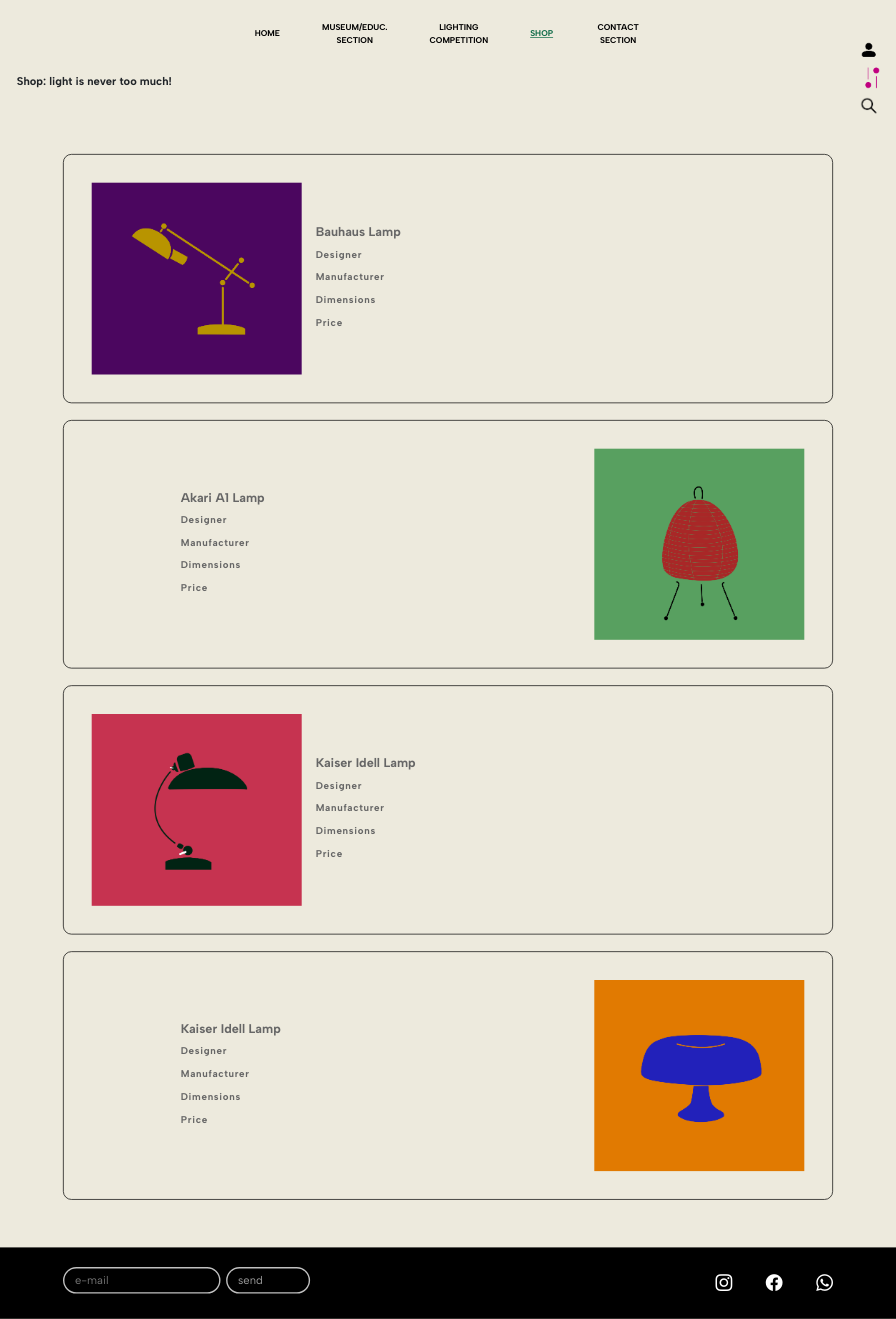
Repository: veronicamdiaz/Landing-Page-Practices
Page: shop-section.html
An editor plug-in stored every save of this project. The page is shown before and after the next save, followed by the edit.
The browser window is 1280 px wide. The pictures show the part of the page from y = 0 to 1920 px (the page is 1884 px tall before and 2643 px after), at 70% of full size.

Above is the page before, as saved 2025-05-08 17:24:52.
Console error: TypeError: Cannot read properties of null (reading 'addEventListener')

### shop-section.html
<!DOCTYPE html>
<html lang="pt-BR">
<head>
    <meta charset="UTF-8">
    <meta http-equiv="X-UA-Compatible" content="IE=edge">
    <meta name="viewport" content="width=device-width, initial-scale=1.0">
    <title>Shop</title>
    <link rel="stylesheet" href="https://cdn.jsdelivr.net/npm/bootstrap@5.3.3/dist/css/bootstrap.min.css">
    <link rel="preconnect" href="https://fonts.googleapis.com">
    <link rel="preconnect" href="https://fonts.gstatic.com" crossorigin>
    <link href="https://fonts.googleapis.com/css2?family=Pacifico&family=Roboto:wght@400;700&display=swap" rel="stylesheet">
    <link rel="stylesheet" href="https://cdn.jsdelivr.net/npm/bootstrap-icons@1.11.3/font/bootstrap-icons.min.css">
    <link href="https://fonts.googleapis.com/css2?family=Albert+Sans:ital,wght@0,100..900;1,100..900&family=Pacifico&family=Roboto+Slab:wght@100..900&family=Roboto:ital,wght@0,100;0,300;0,400;0,500;0,700;0,900;1,100;1,300;1,400;1,500;1,700;1,900&display=swap" rel="stylesheet">
    <link rel="stylesheet" href="main.css">
    <link rel="stylesheet" href="styles.css">
    <script type="module" src="script.js"></script>
    <script type="module" src="script2.js"></script>
</head>

<body>
<header id="home-page">
    <div class="menu" data-bs-target="#cabecalho" data-bs-smooth-scroll="true">
        <nav id="cabecalho" class="mb-2 d-flex px-4">
        <a href="index.html" class="nav-link" data-bs-toggle="tab" data-bs-target="#home-page">HOME</a>
        <a href="museum-educational-section.html" class="nav-link" data-bs-toggle="tab" data-bs-target="#museum-educational-section">MUSEUM/EDUC. SECTION</a>
        <a href="competition-section.html" class="nav-link" data-bs-toggle="tab" data-bs-target="#competition-section">LIGHTING COMPETITION</a>
        <a href="shop-section.html" class="nav-link-active" data-bs-toggle="tab" data-bs-target="#shop-section">SHOP</a>
        <a href="contact-section.html" class="nav-link" data-bs-toggle="tab" data-bs-target="#contact-section">CONTACT SECTION</a>
        </nav>
    </div>
</header>

<section id="shop-section" class="mt-4 mb-5">
    <div class="d-flex justify-content-between align-items-center mb-6 mt-2 p-4">
        <h2 class="section-title md-0">Shop: light is never too much!</h2>
        <div class="icon-container d-flex flex-column align-items-end">
            <img src="images/profile_icon.png" alt="Profile Icon" class="icon" id="profileIcon" />
            <img src="images/filter_icon.png" alt="Filter Icon" class="icon" />
            <img src="images/search_icon.png" alt="Search Icon" class="icon" />
        </div>
    </div>

    <!-- Popup Modal -->
    <div id="popupModal" class="modal">
        <div class="modal-items">
            <span class="close-button" id="closeButton">&times;</span>
            <h2>Hey, nice to see you here!</h2>
            <p>First, fill your email to create an account.</p>
            <input type="email" placeholder="e-mail" class="input-email" />
            <p>If you already have one, please, login!</p>
            <input type="email" placeholder="e-mail" class="input-email" />
            <input type="password" placeholder="password" class="input-password" />
        </div>
    </div>

    <div class="container">
        <div class="d-flex flex-column gap-4">
            <!-- Card 1 -->
            <div class="card custom-card left">
                <img src="/images/lights drawings-03.jpg" alt="bauhaus-lamp">
                <div class="card-content">
                    <h3>Bauhaus Lamp</h3>
                    <p class="card-label">Designer</p>
                    <p class="card-label">Manufacturer</p>

                    <p class="card-label">Dimensions</p>
                    <p class="card-label">Price</p>
                </div>
            </div>

            <!-- Card 2 -->
            <div class="card custom-card right">
                <img src="/images/lights drawings-02.jpg" alt="akari-lamp">
                <div class="card-content">
                    <h3>Akari A1 Lamp</h3>
                    <p class="card-label">Designer</p>
                    <p class="card-label">Manufacturer</p>

                    <p class="card-label">Dimensions</p>
                    <p class="card-label">Price</p>
                </div>
            </div>
            <!-- Card 3 -->
            <div class="card custom-card left">
                <img src="/images/lights drawings-04.jpg" alt="kaiser-idell-lamp">
                <div class="card-content">
                    <h3>Kaiser Idell Lamp</h3>
                    <p class="card-label">Designer</p>
                    <p class="card-label">Manufacturer</p>

                    <p class="card-label">Dimensions</p>
                    <p class="card-label">Price</p>
                </div>
            </div>

            <!-- Card 4 -->
            <div class="card custom-card right">
                <img src="/images/lights drawings2-03.jpg" alt="nesso-artemide-lamp">
                <div class="card-content">
                    <h3>Kaiser Idell Lamp</h3>
                    <p class="card-label">Designer</p>
                    <p class="card-label">Manufacturer</p>

                    <p class="card-label">Dimensions</p>
                    <p class="card-label">Price</p>
                </div>
            </div>
        </div>
    </div>
</section>

<footer class="bg-black py-2">
    <div class="container d-flex justify-content-between align-items-center flex-column flex-md-row">
        <div class="d-flex gap-2 align-items-center mb-2">
            <input type="email" class="btn btn-secondary" placeholder="e-mail" required
                style="border: 2px solid rgb(192, 192, 192); border-radius: 20px; background-color: black; padding: 5px 15px; min-width: 120px; text-align: left; color: rgb(155, 155, 155);">
            <button type="submit" class="btn btn-secondary"
                style="border: 2px solid rgb(192, 192, 192); border-radius: 20px; background-color: black; padding: 5px 15px; min-width: 120px; text-align: left; color: rgb(155, 155, 155);">
                send
            </button>
        </div>
        <div class="d-flex gap-5 align-items-center">
            <a href="https://www.instagram.com" target="_blank" class="text-white">
                <i class="bi bi-instagram" style="font-size: 1.5rem;"></i>
            </a>
            <a href="https://www.facebook.com" target="_blank" class="text-white">
                <i class="bi bi-facebook" style="font-size: 1.5rem;"></i>
            </a>
            <a href="https://wa.me/" target="_blank" class="text-white">
                <i class="bi bi-whatsapp" style="font-size: 1.5rem;"></i>
            </a>
        </div>
    </div>
</footer>

<script>
    document.addEventListener("DOMContentLoaded", function () {
        const navLinks = document.querySelectorAll(".nav-link");

        // Marca o link Shop como ativo
        navLinks.forEach(link => {
            if (link.getAttribute('href') === "#shop-section") {
                link.classList.add("nav-link-active");
            }
        });
    });
</script>
</body>
</html>

### main.css
html, body {
    height: 100%;
    margin: 0;
    display: flex;
    flex-direction: column;
}

body {
    background-color: #EDEADD;
    font-family: sans-serif;
    flex: 1;
}

main {
    flex: 1; /* ocupa todo o espaço entre o header e o footer */
    display: flex;
    flex-direction: column;
}

h2 {
    font-size: 14px;
}

header {
    height: auto !important;
}

.container {
    padding: 20px;
}

/* #webgl-container {
    display: flex;
    justify-content: center;
    align-items: center;
    width: 100%;
    height: 100%;
    overflow: hidden;
    background-color: #f5f5f5;
} */

#home-page {
    width: 100%;
    justify-content: center;
    align-items: center;
    overflow: hidden; /* Evita rolagem extra */
}

.home-image {
    width: 100%;
    height: 100%;
    object-fit: cover; /* Mantém a proporção da imagem e cobre todo o espaço */
    content:(url(images/fundosite.png));
}


/* .square {
    width: 200px;
    height: 200px;
    background-color: rgb(255, 255, 255);
    position: relative;
} */

.square::before,
.square::after {
    content: "";
    position: absolute;
    width: 100%;
    height: 1px;
}

/* .square::before {
    top: 50%;
    transform: translateY(-50%);
    transform-origin: left;
    transform: rotate(45deg);
}

.square::after {
    left: 50%;
    transform: translateX(-50%);
    transform-origin: top;
    transform: rotate(-45deg);
}
*/
nav {
    font-family: 'Albert Sans';
    font-weight: bold;
    left: 50%;
    top: 10px; /* Mantém um pequeno espaçamento do topo */
    transform: translateX(-50%);
    gap: 20px;
    display: inline-block;
    font-size: 12px;
    align-items: center;
    justify-content: center;
    z-index: 10;
    padding: 10px 20px;
    height: auto;
}


nav a {
    text-decoration: none;
    font-weight: bold;
    background-color: none;
    height: auto !important;
}

.nav-link {
    color: black; /* Cor padrão */
    transition: color 0.3s ease;
}

.nav-link-active {
    color: #0b6945 !important; /* Cor do botão ativo */
    font-weight: bold;
    text-decoration: underline;
}


#cabecalho {
    position: fixed;
    text-align: center; /* Centraliza os links */
    height: auto;
    display: flex;
    gap: 20px;
}

#cabecalho a {
    display: inline-block;
    padding: 10px 20px; /* Para não ficarem colados */
    height: auto;
}

.card {
    display: flex;
    align-items: center;
    padding: 40px;
    width: 100%;
    height: 100%;
    max-width: 1200px;
    margin: 0 auto;
    border-radius: 12px;
    border: 1px solid black;
}

.row {
    flex-wrap: wrap; /* Para quebrar corretamente em telas pequenas */
    justify-content: space-between; /* Garante espaçamento uniforme */
}

.card img {
    background-color: none;
    width: 100%;
    height: 100%;
    object-fit: cover;
}

.card h3 {
    font-size: 14px;
    font-family: 'Albert Sans';
    color: #666;
    font-weight: bold;
}
.card p {
    margin-top: 10px;
    font-size: 12px;
    color: #666;
    font-family: 'Albert Sans';
}

.card.reverse {
    flex-direction: column-reverse;
}

.section-title {
    font-family: 'Albert Sans';
    font-weight: bold;
    font-size: 1em;
}

#nova-secao {
    font-family: 'Albert Sans';
}

.text-white {
    font-family: 'Albert Sans';
    font-size: .3em;
    font-weight: bold;
    color: white;
}


.btn-seemore {
    text-transform: uppercase;
    text-decoration: underline;
    background: none;
    border: none;
    color: white;
    font-size: 1rem;
    cursor: pointer;
}

.card-label {
    font-family: 'Albert Sans', sans-serif;
    font-size: 0.9rem;
    color: #999;
    letter-spacing: 1px;
    margin-bottom: 2px; /* Diminuir aqui! */
}


.custom-card img {
    width: 40%;
    max-width: 300px;
    object-fit: cover;
}

.custom-card .card-content {
    width: 60%;
    padding: 20px;
}

.custom-card h3 {
    font-weight: bold;
    margin-bottom: 8px;
    font-size: 18px;
}

.custom-card.left {
    flex-direction: row;
    border: 1px solid black;
    background-color: transparent;
}

.custom-card.right {
    flex-direction: row-reverse;
    border: 1px solid black;
    background-color: transparent;
}

.custom-card p {
    font-size: 14px;
    line-height: 1.6;
}

.card-label {
    font-size: 14px;
    line-height: 1.6;
    font-family: 'Albert Sans';
}


footer {
    padding: 2px 0; /* Reduzindo a altura do footer */
    font-size: 0.8rem; /* Diminuindo tamanho do texto */
    font-family: 'Albert Sans', sans-serif;
}

.icon {
    max-width: 30px; /* Ajuste o tamanho máximo conforme necessário */
    max-height: 30px; /* Ajuste o tamanho máximo conforme necessário */
    width: auto; /* Mantém a proporção */
    height: auto; /* Mantém a proporção */
    object-fit: contain; /* Garante que a imagem se ajuste ao espaço sem distorção */
    margin-bottom: 10px;
}


#competition-section .container {
    width: 100vw;
    overflow: hidden;
}

#img-interativa {
    width: 100%;
    object-fit: cover;
    display: block;
    margin-bottom: 90px;
}



@media (max-width: 768px) {
    nav {
        position: fixed;
        font-family: 'Albert Sans';
        font-weight: bold;
        gap: 20px;
        font-size: 10px;
        justify-content: center;
        text-align: right;
        display: flex;
        z-index: 1;
        padding: 4px 12px;
    }

    .home-image {
        width: 100%;
        height: auto;
        content: (url(images/fundositemenor_prancheta.png));
        }

    #home-page {
        justify-content: center;
        align-items: center;
        overflow: hidden; /* Evita rolagem extra */
    }

    .img-responsiva {
        height: auto;
    }

    .nav-links {
        flex-direction: column;
        gap: 15px;
        text-align: center;
    }

    .navbar-toggler {
        display: block; /* Mostra o botão hambúrguer */
        background: none;
        border: none;
        cursor: pointer;
    }

    .navbar-toggler i {
        color: black;
    }


    .card {
        text-align: center;
        flex-direction: column;
    }

    .card img {
        width: 70%;
    }

    .card .card-content {
        width: 70%;
    }

    .custom-card {
        flex-direction: column !important;
        text-align: center;
    }

    .custom-card img {
        width: 70%;
    }

    .custom-card .card-content {
        width: 70%;
    }


    footer .container {
        flex-direction: column;
        text-align: center;
    }

    footer form {
        flex-direction: column;
        width: 70%;
        align-items: center;
    }

    footer form input,
    footer form button {
        width: 90%; /* Mantém a aparência proporcional */
    }

    footer .d-flex.gap-5 {
        gap: 20px; /* Ajusta o espaçamento dos ícones */
        justify-content: center;
        margin-top: 10px;
    }
}

### styles.css
.modal {
    margin: auto;
    position: fixed;
    width: 500px;
    height: 400px;
    padding: 20px;
    display: none;
    text-align: center;
    flex-direction: column;
    border: 1px solid #000;
    background: #DAB400;
    z-index: 1000;
    top: 50%; /* Alinha o modal ao centro verticalmente */
    left: 50%; /* Alinha o modal ao centro horizontalmente */
    transform: translate(-50%, -50%); /* Ajusta a posição para realmente centralizar */

}

.modal-items {
        padding: 10px;
        position: relative;
        flex-direction: column;
        width: 100%;
    }

    #profileIcon {
        cursor: pointer;
    }

h2 {
    font-size: 24px;
    font-weight: bold; /* Negrito */
    margin: 0;
    font-family: 'Albert Sans';
    font-weight: bold;
}

p {
    font-size: 14px;
    margin: 10px 0;
    font-family: 'Albert Sans';
    font-weight: bold;
}

.input-email,
.input-password {
    width: 280px; /* Largura dos campos de entrada */
    padding: 10px;
    padding-left: 20px;
    padding-right: 200px;
    margin: 10px 0;
    border-radius: 20px;
    border: 1px solid #308F44;
    background: #FFF;
    font-family: 'Albert Sans';
    text-align: center;
    flex-direction: column;
    cursor: pointer;
}

.close-button {
    position: absolute;
    right: 20px;
    top: 5px;
    font-size: 24px;
    cursor: pointer;
}


@media (max-width: 1024px) {
    .modal {
        width: 80%; /* Modal ocupa 80% da largura da tela */
        height: auto; /* A altura do modal se ajusta automaticamente */
    }

    .input-email,
    .input-password {
        width: 240px; /* Menor largura para inputs */
    }

    h2 {
        font-size: 20px; /* Reduz o tamanho da fonte */
    }

    p {
        font-size: 12px; /* Ajusta o tamanho da fonte do parágrafo */
    }
}

/* Media Query para Celulares */
@media (max-width: 768px) {
    .modal {
        width: 90%; /* Modal ocupa 90% da largura da tela */
        height: auto; /* A altura do modal se ajusta automaticamente */
    }

    .input-email,
    .input-password {
        width: 100%; /* Inputs ocupam 100% da largura da tela */
        padding-left: 15px;
        padding-right: 15px;
    }

    h2 {
        font-size: 18px; /* Tamanho da fonte do título para celular */
    }

    p {
        font-size: 14px; /* Ajusta o tamanho da fonte do parágrafo */
    }

    .close-button {
        font-size: 20px; /* Ajusta o tamanho do ícone de fechar */
    }
}

### script.js
document.addEventListener('DOMContentLoaded', function () {
  // Código para a troca de imagem
  const imagem = document.getElementById('img-interativa');
  let estado = 'inicial';

  console.log('Imagem carregada:', imagem);

  imagem.addEventListener('click', function () {
    console.log('Imagem clicada. Estado atual:', estado);

    if (estado === 'inicial') {
      imagem.src = './images/lights drawings2-05-05.jpg';
      estado = 'alterada';
    } else {
      imagem.src = './images/lights drawings2-09-09.jpg';
      estado = 'inicial';
    }

    console.log('Novo estado:', estado);
  });
});

function updateImage() {
  let homeImage = document.querySelector('.home-image');
  if (window.innerWidth <= 768) {
      homeImage.src = "images/fundositemenor_prancheta.png"; // Imagem menor
  } else {
      homeImage.src = "images/fundosite.png"; // Imagem padrão
  }
}

document.addEventListener("DOMContentLoaded", function () {
  const navLinks = document.querySelectorAll(".nav-link");
  const currentURL = window.location.pathname.split("/").pop(); // Pega só o nome do arquivo, ex: 'shop-section.html'

  navLinks.forEach(link => {
    const linkHref = link.getAttribute("href");

    // Verifica se o link aponta para a mesma página
    if (
      linkHref === currentURL ||                     // Exato match
      (linkHref === "index.html" && currentURL === "") || // Caso especial para index
      (linkHref !== "#" && currentURL.includes(linkHref)) // Links internos com hash (#)
    ) {
      link.classList.add("nav-link-active");
    } else {
      link.classList.remove("nav-link-active");
    }
  });
});


// Verifica quando a página carrega
window.onload = updateImage;

// Verifica quando a tela redimensiona
window.onresize = updateImage;

// <-- Fechando corretamente a função de 'DOMContentLoaded'


  /*
  // Inicialização do modelo 3D
  let mouseX = 0, mouseY = 0;
  const container = document.getElementById('webgl-container');
  const renderer = new THREE.WebGLRenderer({ antialias: true });
  renderer.setSize(window.innerWidth, window.innerHeight);
  container.appendChild(renderer.domElement);  // Adiciona o renderizador dentro de #webgl-container

  const scene = new THREE.Scene();

  // Criar um cubo maior
  const geometry = new THREE.BoxGeometry(2, 2, 2); // Aumentei o tamanho do cubo (2x2x2)
  const material = new THREE.MeshStandardMaterial({ color: 0x00ff00, roughness: 0.5, metalness: 0.7 });
  const cube = new THREE.Mesh(geometry, material);
  scene.add(cube);
  scene.background = new THREE.Color(0xF5F5F5);  // Cor de fundo #F5F5F5

   // Definir a posição do cubo para ficar mais para cima
   cube.position.y = 1; // Aqui é onde ajustamos a posição vertical do cubo

   // Melhorar a qualidade aumentando a resolução
  renderer.setPixelRatio(window.devicePixelRatio); // Usa a resolução nativa do dispositivo

  // Câmera
  const camera = new THREE.PerspectiveCamera(75, window.innerWidth / window.innerHeight, 0.1, 1000);
  camera.position.z = 5;  // Posicionando a câmera para visualizar o cubo maior

  // Adicionar luz ambiente
  const light = new THREE.AmbientLight(0x404040); // luz suave
  scene.add(light);

  // Adicionar luz direcional
  const directionalLight = new THREE.DirectionalLight(0xffffff, 1);
  directionalLight.position.set(5, 5, 5).normalize();
  scene.add(directionalLight);

  // Função de animação
  function animate() {
    requestAnimationFrame(animate);

    // A rotação do cubo será controlada pela posição do mouse
    cube.rotation.x = mouseY * Math.PI; // Multiplica a posição Y do mouse por pi
    cube.rotation.y = mouseX * Math.PI; // Multiplica a posição X do mouse por pi

    renderer.render(scene, camera);
  }

  animate();

  // Função para ajustar o tamanho do renderizador e atualizar a câmera
function onWindowResize() {
  const width = window.innerWidth;
  const height = window.innerHeight;

  // Atualiza as proporções da câmera
  camera.aspect = width / height;
  camera.updateProjectionMatrix();

  // Ajusta o tamanho do renderizador
  renderer.setSize(width, height);
}

// Adiciona um event listener para chamar a função sempre que a janela for redimensionada
window.addEventListener('resize', onWindowResize, false);

// Chama a função uma vez para configurar inicialmente
onWindowResize();

  // Redimensionar o renderizador quando a janela for redimensionada
  window.addEventListener('resize', () => {
    renderer.setSize(window.innerWidth, window.innerHeight);
    camera.aspect = window.innerWidth / window.innerHeight;
    camera.updateProjectionMatrix();
  });

  // Captura o movimento do mouse
  function onMouseMove(event) {
    // Normaliza a posição do mouse (de -1 a 1 para cada eixo)
    mouseX = (event.clientX / window.innerWidth) * 2 - 1;
    mouseY = -(event.clientY / window.innerHeight) * 2 + 1;
  }

  // Adiciona o ouvinte para o movimento do mouse
  window.addEventListener('mousemove', onMouseMove, false);
});

*/

### script2.js
// Get the modal
const modal = document.getElementById("popupModal");

// Get the icon that opens the modal
const icon = document.getElementById("profileIcon");

// Get the <span> element that closes the modal
const closeButton = document.getElementById("closeButton");

// When the user clicks on the icon, open the modal
icon.onclick = function() {
    modal.style.display = "block";
}

// When the user clicks on <span> (x), close the modal
closeButton.onclick = function() {
    modal.style.display = "none";
}

// When the user clicks anywhere outside of the modal, close it
window.onclick = function(event) {
    if (event.target == modal) {
        modal.style.display = "none";
    }
}

After the next save:
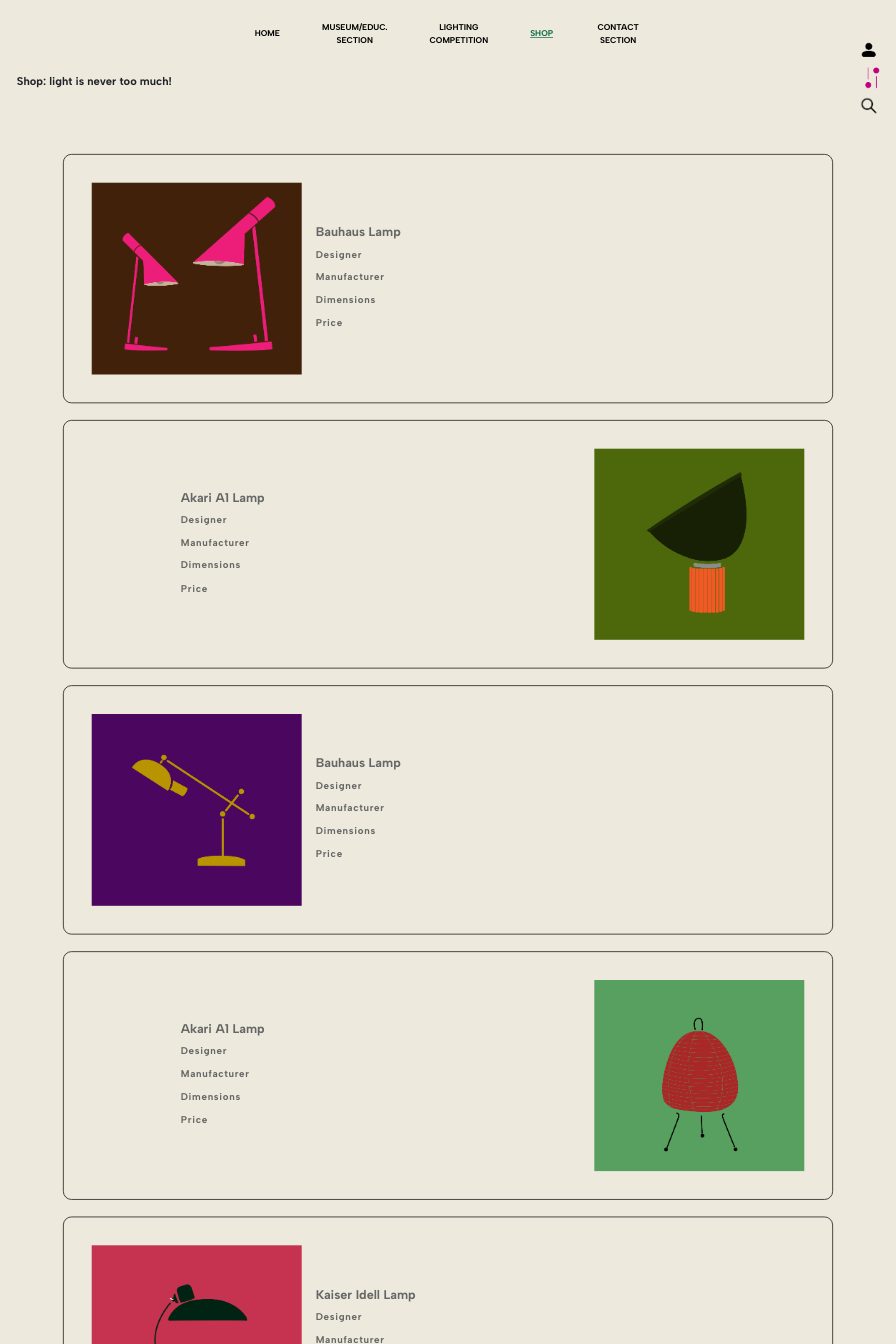
Saved 98 min 29 s later.
--- a/shop-section.html
+++ b/shop-section.html
@@ -55,6 +55,35 @@
 
     <div class="container">
         <div class="d-flex flex-column gap-4">
+
+            <!-- Card 0.1 -->
+            <div class="card custom-card left">
+                <img src="images/lights drawings-12-12.png" alt="bauhaus-lamp">
+                <div class="card-content">
+                    <h3>Bauhaus Lamp</h3>
+                    <p class="card-label">Designer</p>
+                    <p class="card-label">Manufacturer</p>
+
+                    <p class="card-label">Dimensions</p>
+                    <p class="card-label">Price</p>
+                </div>
+            </div>
+
+            <!-- Card 0.2 -->
+            <div class="card custom-card right">
+                <img src="images/lights drawings-11-11.png" alt="akari-lamp">
+                <div class="card-content">
+                    <h3>Akari A1 Lamp</h3>
+                    <p class="card-label">Designer</p>
+                    <p class="card-label">Manufacturer</p>
+
+                    <p class="card-label">Dimensions</p>
+                    <p class="card-label">Price</p>
+                </div>
+            </div>
+
+
+
             <!-- Card 1 -->
             <div class="card custom-card left">
                 <img src="/images/lights drawings-03.jpg" alt="bauhaus-lamp">
@@ -80,6 +109,8 @@
                     <p class="card-label">Price</p>
                 </div>
             </div>
+
+
             <!-- Card 3 -->
             <div class="card custom-card left">
                 <img src="/images/lights drawings-04.jpg" alt="kaiser-idell-lamp">
